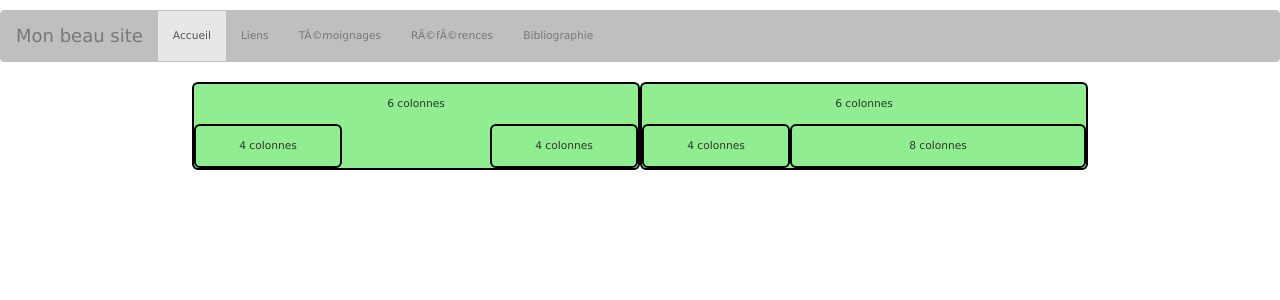
Repository: dridrii/COMPET-BLOC
Page: http://localhost/COMPET-BLOC/
The author's editor kept a copy of each file at every save. The page is drawn from the files as they stood at one save, then again after the next save.
The browser window is 1280 px wide. The pictures show the whole page.
The page is served by Tomcat 9.

Above is the page before, as saved 2015-07-11 17:16:21.

After the next save:
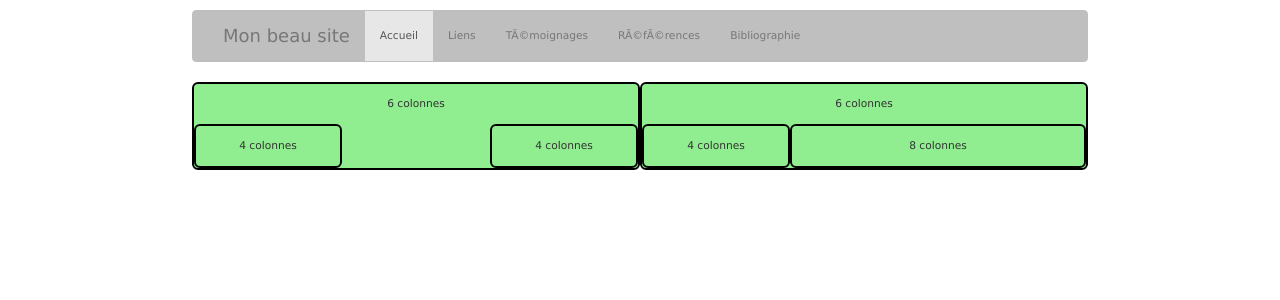
Saved 13 s later.
--- a/COMPET-BLOC/WebContent/index.jsp
+++ b/COMPET-BLOC/WebContent/index.jsp
@@ -5,7 +5,7 @@
     <link href="inc/css/tuto.css" rel="stylesheet">
   </head>
   <body>
-	  <div class="navbar navbar-default">
+	  <div class="container navbar navbar-default">
 		  <div class="navbar-header">
 		    	<a class="navbar-brand" href="#">Mon beau site</a>
 		  </div>
